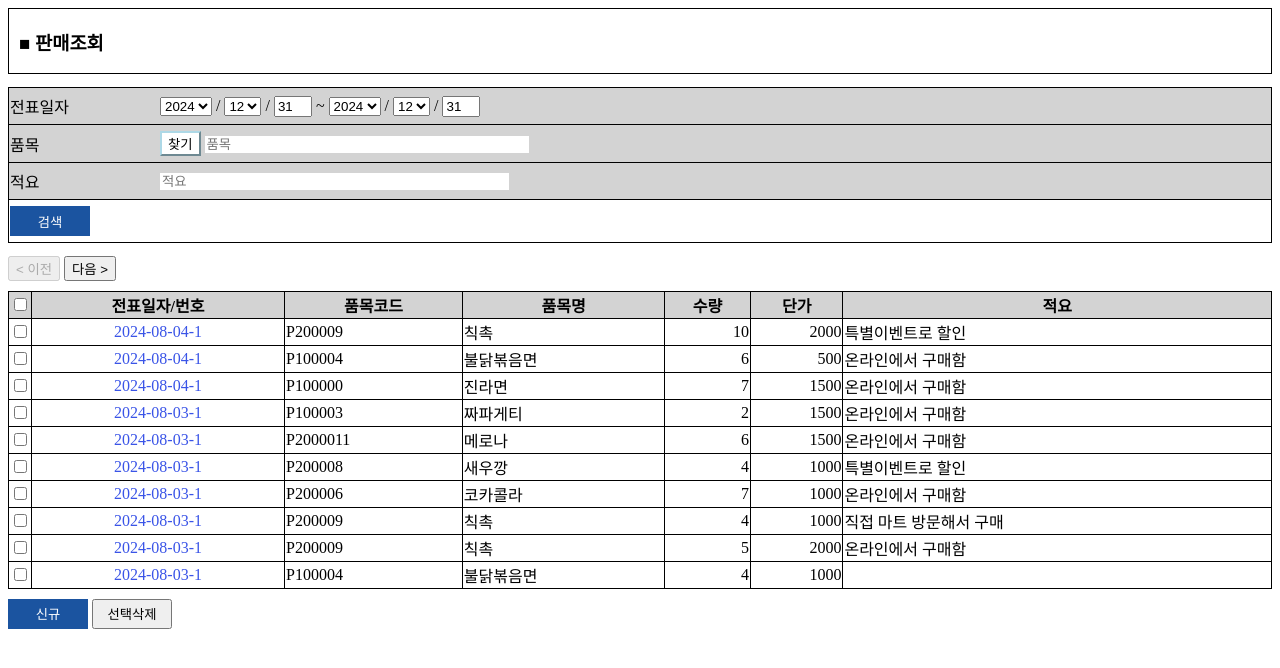
Repository: yoosb0328/js-project
Page: search.html
These files come from the project's save history. The page is drawn as it stood at one moment and after the next save; the edit follows.
The browser window is 1280 px wide. The pictures show the whole page.

Above is the page before, as saved 2024-08-05 20:48:24.

### search.html
<!DOCTYPE html>
<html lang="en">
<head>
    <meta charset="UTF-8">
    <meta name="viewport" content="width=device-width, initial-scale=1.0">
    <title>판매조회</title>
    <link rel="stylesheet" href="./css/search.css">
</head>
<body>
    <div class="title">
        <h3 style="margin-left: 10px;"> &#x25A0; 판매조회</h3>
    </div>
    <div class="content">
        <div class="search-tab">
            <table class="search-table">
                <tr>
                   <td>
                        <div class="table-div">
                            <span class="name-tag">전표일자</span>
                            <div class="search-box">
                                <select id="year-select-from">
                                    <option value="2024">2024</option>
                                    <option value="2023">2023</option>
                                    <option value="2022">2022</option>
                                    <option value="2021">2021</option>
                                </select>
                                /
                                <select id="month-select-from">
                                    <option value="12">12</option>
                                    <option value="11">11</option>
                                    <option value="10">10</option>
                                    <option value="9">9</option>
                                    <option value="8">8</option>
                                    <option value="7">7</option>
                                    <option value="6">6</option>
                                    <option value="5">5</option>
                                    <option value="4">4</option>
                                    <option value="3">3</option>
                                    <option value="2">2</option>
                                    <option value="1">1</option>
                                </select>
                                /
                                <input id="date-input-from" class="date-input" type="number" placeholder="일자" value="31" max="31">
                                ~
                                <select id="year-select-to">
                                    <option value="2024">2024</option>
                                    <option value="2023">2023</option>
                                    <option value="2022">2022</option>
                                    <option value="2021">2021</option>
                                </select>
                                /
                                <select id="month-select-to">
                                    <option value="12">12</option>
                                    <option value="11">11</option>
                                    <option value="10">10</option>
                                    <option value="9">9</option>
                                    <option value="8">8</option>
                                    <option value="7">7</option>
                                    <option value="6">6</option>
                                    <option value="5">5</option>
                                    <option value="4">4</option>
                                    <option value="3">3</option>
                                    <option value="2">2</option>
                                    <option value="1">1</option>
                                </select>
                                /
                                <input id="date-input-to" class="date-input" type="number" placeholder="일자" value="31" max="31">
                            </div>
                        </div>
                   </td>
                </tr>
                <tr>
                    <td>
                        <div class="table-div">
                            <span class="name-tag">품목</span>
                            <form class="search-box">
                                <button id="open-popup-btn" class="category-btn" type="submit">찾기</button>
                                <input id="category-search-input" class="category-txt" type="text" readonly placeholder="품목">
                            </form>
                        </div>
                    </td>
                </tr>
                <tr>
                    <td>
                        <div class="table-div">
                            <span class="name-tag">적요</span>
                            <div class="search-box">
                                <input class="memo-txt" type="text" placeholder="적요">
                            </div>
                        </div>
                    </td>
                </tr>
                <tr style="background-color: white;">
                    <td>
                        <div class="button-tab search-content" style="margin-top: 5px; margin-bottom: 5px;">
                            <button id="search-btn"
                                    data-type="sale"
                                    class="color-button">검색</button></div>
                    </td>
                </tr>
            </table>
        </div>
        <div class="center-buttons" style="margin-top: 10px; margin-bottom: 10px;">
            <button id="sales-prev-button">< 이전 </button> <button id="sales-next-button"> 다음 >  </button>
        </div>
        <div class="main" style="margin-bottom: 10px;">
            <table id="sales-table" class="main-table">
                <colgroup id="sales-colgroup">
                    <col style="width: 5px;">
                    <col style="width: auto;">
                    <col>
                    <col>
                    <col>
                    <col>
                    <col>
                </colgroup>
                <thead id="sales-thead">
                    <tr>
                        <th>
                            <input type="checkbox" id="check-all">
                        </th>
                        <th>
                            전표일자/번호
                        </th>
                        <th>
                            품목코드
                        </th>
                        <th>
                            품목명
                        </th>
                        <th>
                            수량
                        </th>
                        <th>
                            단가
                        </th>
                        <th>
                            적요
                        </th>
                    </tr>
                </thead>
                <tbody id="common-tbody" class="table-body">
                </tbody>
            </table>
        </div>
        <div class="bottom-buttons">
            <button id="open-popup-btn" class="new-sale-btn color-button"> 신규 </button> <button class="non-color-button"> 선택삭제 </button>
        </div>
    </div>
    <script type="module" src="./js/script/initData.js"></script>
    <script type="module" src="./js/component/checkBox.js"></script>
    <script type="module" src="./js/component/popup.js"></script>
    <script type="module" src="./js/component/button.js"></script>
</body>
</html>

### css/search.css
.title {
    border: 1px solid black;
}
.search-tab {
    margin-top: 1%;
    margin-bottom: 1%;
    border-collapse: collapse;

}
.search-table {
    width: 100%;
    background-color: lightgray;
    border-collapse: collapse;
}
.search-table tr {
    background-color: lightgray;
    width: auto;
    border: 1px solid black;
}
.search-table .table-div {
    display: flex;
    align-items: center;
    margin-top: 5px;
    margin-bottom: 5px;
}
.table-div span {
    width: 120px;
}
.table-div .search-box {
    margin-left: 30px;
}
.date-input {
    width: 30px;
}
.button-tab {
    background-color: white;
}
.color-button {
    background-color: rgb(27, 84, 160);
    border: 0px;
    color: white;
    width: 80px;
    height: 30px;

}
.non-color-button {
    width: 80px;
    height: 30px;
}
.category-btn {
    background-color: white;
    border-color: lightblue;
}
.category-txt {
    border: none;
    width: 320px;
}
.memo-txt {
    border: none;
    width: 345px;
}
.main-table {
    width: 100%;
    border-collapse: collapse;
}
.main-table th {
    background-color: lightgray;
    text-align: center;
    width: auto;
    border: 1px solid black;
}
.main-table td {
    border: 1px solid black;
    text-align: right;
}
.main-table .center-align-cell {
    text-align: center;
}
.main-table .left-align-cell {
    text-align: left;
}
.main-table .right-align-cell {
    text-align: right;
}
.main-table .date-num {
    color: rgb(58, 84, 231);
}

### js/script/initData.js
import { DataStore } from "../data/DataStore.js";
import { Category } from "../data/Category.js";
import { Sale, SaleRender } from "../data/Sale.js";

const dates = ["2024-08-04", "2024-08-03", "2024-08-03", "2024-08-02", "2024-08-01", "2024-07-31"];
const names = [
    "진라면",
    "신라면",
    "안성탕면",
    "짜파게티",
    "불닭볶음면",
    "팔도비빔면",
    "코카콜라",
    "스프라이트",
    "새우깡",
    "칙촉",
    "수박바",
    "메로나",
    "바밤바",
];
const descriptions = ["온라인에서 구매함", "직접 마트 방문해서 구매", "특별이벤트로 할인", ""];
const dataStore = DataStore.getInstance();
const localStorageData = localStorage.getItem("appData");
if (localStorageData === "" || null) {
    console.log("asd");
    //로컬 스토리지가 비어있는 경우
    //메모리에 초기 데이터를 생성하고
    initCategory();
    initSales();
    dataStore.saveToLocalStorage(); //로컬스토리지에 저장
} else {
    //로컬 스토리지에 데이터가 있는데
    if (dataStore.categories.length === 0 && dataStore.sales.length === 0) {
        //메모리가 빈 경우.
        dataStore.loadFromLocalStorage();
        initCategory();
        initSales();
        dataStore.saveToLocalStorage();
    }
}

// if (dataStore.categories.length === 0 && dataStore.sales.length === 0) {
//     console.log("initData : 데이터 초기화");
//     dataStore.loadFromLocalStorage();
//     initCategory();
//     initSales();
//     dataStore.saveToLocalStorage();
// }

const saleRender = new SaleRender(dataStore.sales);
saleRender.render();

//Category부터 저장.
function initCategory() {
    const categories = [];
    names.forEach(function (name, index) {
        const code = index <= 5 ? "P10000" + index : "P20000" + index;
        categories.push(new Category(code, name));
    });
    categories.sort((a, b) => a.code - b.code);
    dataStore.categories = categories;
    return categories;
}

function initSales() {
    const sales = [];
    const totalSalescount = 30; //시작 데이터 30개 임의 생성.

    for (let i = 0; i < totalSalescount; i++) {
        //임의의 날짜
        const randomDate = dates[Math.floor(Math.random() * dates.length)];
        //임의의 카테고리
        const randomCategory =
            dataStore.categories[Math.floor(Math.random() * dataStore.categories.length)];
        //임의의 적요
        const randomDescription = descriptions[Math.floor(Math.random() * descriptions.length)];
        //임의의 수량
        const quantity = Math.floor(Math.random() * 10) + 1;
        //임의의 가격
        const price = (Math.floor(Math.random() * 5) + 1) * 500;
        //객체 생성
        const sale = new Sale(randomDate, randomCategory, quantity, price, randomDescription);

        sales.push(sale);
    }
    //날짜 순 내림차순 정렬(최근 날짜 먼저)
    sales.sort((a, b) => new Date(b.date) - new Date(a.date));

    // 생성된 Sales 객체들을 dataStore.sales에 저장
    dataStore.sales = sales;
    return sales;
}

### js/component/checkBox.js
const checkAll = document.getElementById("check-all");

checkAll.addEventListener("change", (event) => {
    const isChecked = event.target.checked;
    const rowCheckboxes = document.querySelectorAll("#common-tbody .row-checkbox");
    // const rowCheckboxes = document.querySelectorAll(".table-tbody .row-checkbox");
    rowCheckboxes.forEach((checkbox) => {
        checkbox.checked = isChecked;
    });
});

### js/component/popup.js
import { DataStore } from "../data/DataStore.js";
import { renderAppliedCategory } from "../data/Category.js";
/*팝업 오픈 시 데이터 전송*/

// 부모 창에서 메시지를 수신하고, 팝업으로 데이터를 전송
window.addEventListener("message", (event) => {
    // 보안 검증
    if (event.origin !== "http://127.0.0.1:5500") {
        console.error("허용되지 않은 출처", event.origin);
        return;
    }
    // if (event.data === "requestCategories") {
    //     const data = DataStore.getInstance().categories;
    //     event.source.postMessage({ type: "categories", data: data }, event.origin);
    // }
    console.log(event);
    switch (event.data.type) {
        case "requestCategories": //카테고리 정보를 부모창에서 자식 팝업으로 전송.
            const data = DataStore.getInstance().categories;
            event.source.postMessage({ type: "categories", data: data }, event.origin);
            break;
        case "checkBoxApplyItems":
            renderAppliedCategory(event.data.data);
            break;
        default:
            console.log("no case for popup action");
    }
});

### js/data/DataStore.js
import { Category } from "./Category.js";
import { Sale } from "./Sale.js";

export class DataStore {
    constructor() {
        //DataStore 인스턴스가 있는 경우 그대로 반환 (싱글톤 목적)
        if (DataStore.instance) {
            return DataStore.instance;
        }
        /*
        sales : 날짜순으로 내림차순 정렬이 매번 필요하기 때문에 array 선택
                + sales 배열에 삽입 시, 중간이 아닌 맨 끝에 삽입하면 시간복잡도 단축.
        categories : Map에 key(code) , value(name) 으로 저장할 경우 품목명 검색이 어려우므로 배열 선택.
        */
        this.categories = [];
        this.sales = [];

        // 메모리 관리를 위해 인스턴스를 싱글톤으로 설정
        DataStore.instance = this;
    }

    //인스턴스 호출
    static getInstance() {
        if (!DataStore.instance) {
            DataStore.instance = new DataStore();
        }
        return DataStore.instance;
    }

    /*
    메모리 데이터 조작.
    */
    addItem(category) {
        //코드가 같은 카테고리가 있는 지 중복 체크
        const exist = this.categories.findIndex((c) => c.code === category.code);
        if (exist === -1) this.categories.push(category);
    }

    addSale(sale) {
        //일자+번호가 같은 카테고리가 있는 지 중복 체크
        const exist = this.sales.findIndex((s) => s.dateNumber === sale.dateNumber);
        if (exist === -1) this.sales.push(sale);
    }
    //카테고리 명 수정.
    updateCategoryName(code, name) {
        this.categories.forEach((cat) => {
            if (cat.code === code) {
                cat.name = name;
            }
        });
        console.log(this.categories);
        console.log(this.sales);
        //로컬 스토리지에 변경 사항 반영.
        this.saveToLocalStorage();
    }
    //카테고리명이 바뀌면 판매 정보 데이터도 수정.
    updateSalesByName(code, name) {
        this.sales.forEach((sale) => {
            if (sale.category.code === code) {
                sale.category.name = name;
            }
        });
    }

    //품목 검색
    searchCategories(code, name) {
        return this.categories.filter((category) => {
            // 모든 조건이 주어졌을 때
            if (code && name) {
                return category.code === code && category.name === name;
            }
            // code만 주어졌을 때
            if (code && !name) {
                return category.code === code;
            }
            // name만 주어졌을 때
            if (!code && name) {
                return category.name === name;
            }
            // 둘 다 주어지지 않은 경우 빈 배열 반환
            return false;
        });
    }

    //판매 검색
    searchSales(from, to, codes, description) {
        const startDate = new Date(from);
        const endDate = new Date(to);

        const result = this.sales.filter((sale) => {
            const saleDate = new Date(sale.date);
            const isWithinDateRange = saleDate >= startDate && saleDate <= endDate;
            //!description : codes.length가 0 인 경우 true
            const matchesCode = codes.length === 0 || codes.includes(sale.category.code);
            //!description : description이 null, undefined, "" 인 경우 true.
            const matchesDescription = !description || sale.description.includes(description);

            return isWithinDateRange && matchesCode && matchesDescription;
        });
        return result;
    } //searchSales()

    /*
    로컬 스토리지 데이터 조작
    */

    // JSON.stringify로 변환하여 로컬 스토리지에 저장
    saveToLocalStorage() {
        console.log("saveToLocal");
        const data = {
            categories: this.categories.map((category) => ({
                code: category.code,
                name: category.name,
            })),
            sales: this.sales.map((sale) => ({
                dateNumber: sale.dateNumber,
                date: sale.date,
                category: sale.category,
                quantity: sale.quantity,
                price: sale.price,
                description: sale.description,
            })),
        };
        localStorage.setItem("appData", JSON.stringify(data));
    }

    // 로컬 스토리지에서 데이터를 불러와 메모리에 할당
    loadFromLocalStorage() {
        console.log("loadFromLocal");
        const data = localStorage.getItem("appData");

        if (data) {
            const parsedData = JSON.parse(data);
            // 로컬 스토리지에서 가져온 데이터를 categories와 sales로 분리합니다.
            if (parsedData.categories) {
                this.categories = parsedData.categories.map(
                    (cat) => new Category(cat.code, cat.name)
                );
            }
            //sales에 저장해야 함.
            if (parsedData.sales) {
                console.log(parsedData.sales);
                this.sales = parsedData.sales.map((sale) => {
                    // 저장된 category 데이터에서 Category 객체를 찾아 복원
                    const category = this.categories.find((cat) => cat.code === sale.category.code);

                    // Sale 객체 생성
                    return new Sale(
                        sale.date,
                        category,
                        sale.quantity,
                        sale.price,
                        sale.description,
                        this
                    );
                });
            }
            this.sales.sort((a, b) => new Date(b.date) - new Date(a.date));
        }
    } //loadFromLocalStorage()
}

### js/data/Category.js
export class Category {
    constructor(code, name) {
        this.code = code;
        this.name = name;
    }

    //Getter
    getCode() {
        return this.code;
    }
    getName() {
        return this.name;
    }
}

export class CategoryRender {
    constructor(categories) {
        this.categories = categories;
        this.currentPage = 1;
        this.itemsPerPage = 10;

        this.initEventListeners();
    }

    initEventListeners() {
        const prevButton = document.querySelector("#category-prev-button");
        const nextButton = document.querySelector("#category-next-button");

        if (prevButton) prevButton.addEventListener("click", this.goToPrevPage.bind(this));
        if (nextButton) nextButton.addEventListener("click", this.goToNextPage.bind(this));
    }

    render() {
        const startIndex = (this.currentPage - 1) * this.itemsPerPage; //처음에는 0에서 시작.
        const endIndex = startIndex + this.itemsPerPage; //처음에는 10
        const currentCategories = this.categories.slice(startIndex, endIndex); //0~9까지 slice하게 됨.
        const tbody = document.getElementById("common-tbody");

        if (tbody) tbody.innerHTML = "";

        currentCategories.forEach((category) => {
            const row = document.createElement("tr");
            row.innerHTML = `
                <td class="center-align-cell"><input class="row-checkbox" type="checkbox"></td>
                <td class="center-align-cell category-code">${category.code}</td>
                <td class="left-align-cell category-name">${category.name}</td>
                <td class="left-align-cell"><a href="category-input-popup.html?code=${encodeURIComponent(
                    category.code
                )}&name=${encodeURIComponent(category.name)}&type=categoryModify">수정</a></td>
            `;
            if (tbody) tbody.appendChild(row);
        });

        // 버튼 활성화 상태 업데이트
        this.updateButtons();
    } //render()

    updateButtons() {
        const prevButton = document.querySelector("#category-prev-button");
        const nextButton = document.querySelector("#category-next-button");

        if (prevButton) prevButton.disabled = this.currentPage === 1;
        if (nextButton)
            nextButton.disabled =
                this.currentPage === Math.ceil(this.categories.length / this.itemsPerPage);
    } //updateButtons()

    setPage(page) {
        this.currentPage = page;
        this.render();
    } //setPage()

    goToPrevPage() {
        if (this.currentPage > 1) {
            this.setPage(this.currentPage - 1);
        }
    }

    goToNextPage() {
        if (this.currentPage < Math.ceil(this.categories.length / this.itemsPerPage)) {
            this.setPage(this.currentPage + 1);
        }
    }
} //CategoryRender()

export function renderAppliedCategory(categories) {
    // 렌더링할 input 태그 선택
    const categoryInput = document.getElementById("category-search-input");
    if (categoryInput) {
        categoryInput.value = "";
        // 배열의 요소를 문자열로 변환
        const categoryCodes = categories.map((category) => category.code).join(", ");
        categoryInput.value = categoryCodes;
    }
} // renderAppliedCategory

### js/data/Sale.js
import { Category } from "./Category.js";
import { DataStore } from "./DataStore.js";

export class Sale {
    constructor(date, category, quantity, price, description) {
        this.dataStore = DataStore.getInstance(); // 싱글톤 인스턴스를 가져옴
        this.date = date;
        this.dateNumber = date + "-" + this.getNextNumber(date);
        this.category = category; // category 객체를 참조
        this.quantity = quantity;
        this.price = price;
        this.description = description;
    }

    getNextNumber(date) {
        //같은 날짜에 등록된 전표 체크.
        const sameDateSales = this.dataStore.sales.filter((sale) => sale.date === date);
        return sameDateSales.length + 1;
    }

    //toJSON overriding
    toJSON() {
        return {
            dateNumber: this.dateNumber,
            date: this.date,
            category: {
                code: this.category.code,
                name: this.category.name,
            },
            quantity: this.quantity,
            price: this.price,
            description: this.description,
        };
    }
}

export class SaleRender {
    constructor(sales) {
        this.sales = sales;
        this.currentPage = 1;
        this.itemsPerPage = 10;

        this.initEventListeners();
    }

    initEventListeners() {
        const prevButton = document.querySelector("#sales-prev-button");
        const nextButton = document.querySelector("#sales-next-button");

        prevButton.addEventListener("click", this.goToPrevPage.bind(this));
        nextButton.addEventListener("click", this.goToNextPage.bind(this));
    }

    render() {
        console.log("render");
        const startIndex = (this.currentPage - 1) * this.itemsPerPage; //처음에는 0에서 시작.
        const endIndex = startIndex + this.itemsPerPage; //처음에는 10
        const currentSales = this.sales.slice(startIndex, endIndex); //0~9까지 slice하게 됨.

        const tbody = document.getElementById("common-tbody");

        tbody.innerHTML = "";

        currentSales.forEach((sale) => {
            const row = document.createElement("tr");
            row.innerHTML = `
                <td class="center-align-cell"><input class="row-checkbox" type="checkbox"></td>
                <td class="center-align-cell date-num">${sale.dateNumber}</td>
                <td class="left-align-cell">${sale.category.code}</td>
                <td class="left-align-cell">${sale.category.name}</td>
                <td class="right-align-cell">${sale.quantity}</td>
                <td class="right-align-cell">${sale.price}</td>
                <td class="left-align-cell">${sale.description}</td>
            `;
            tbody.appendChild(row);
        });

        // 버튼 활성화 상태 업데이트
        this.updateButtons();
    } //render();

    updateButtons() {
        const prevButton = document.querySelector("#sales-prev-button");
        const nextButton = document.querySelector("#sales-next-button");

        prevButton.disabled = this.currentPage === 1;
        nextButton.disabled = this.currentPage === Math.ceil(this.sales.length / this.itemsPerPage);
    }

    setPage(page) {
        this.currentPage = page;
        this.render();
    }

    goToPrevPage() {
        if (this.currentPage > 1) {
            this.setPage(this.currentPage - 1);
        }
    }

    goToNextPage() {
        if (this.currentPage < Math.ceil(this.sales.length / this.itemsPerPage)) {
            this.setPage(this.currentPage + 1);
        }
    }
}

Loaded but not shown: js/component/button.js (174 lines, source omitted)

After the next save:
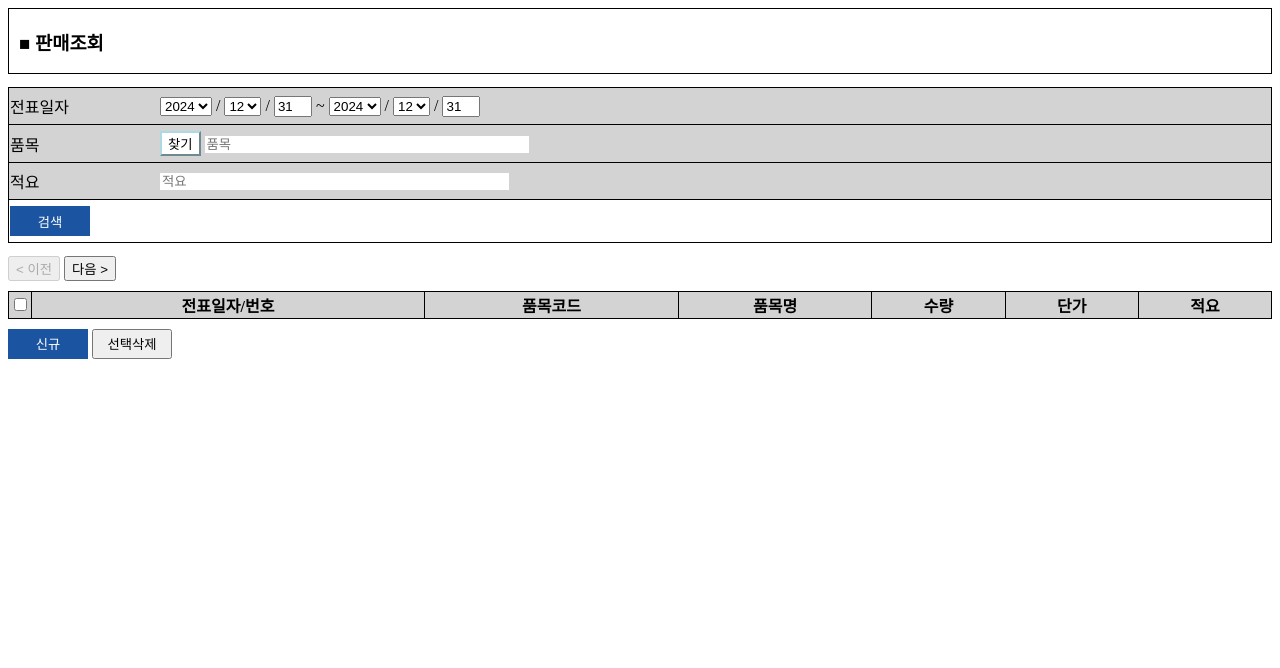
Saved 6 s later.
--- a/js/script/initData.js
+++ b/js/script/initData.js
@@ -33,8 +33,6 @@ if (localStorageData === "" || null) {
     if (dataStore.categories.length === 0 && dataStore.sales.length === 0) {
         //메모리가 빈 경우.
         dataStore.loadFromLocalStorage();
-        initCategory();
-        initSales();
         dataStore.saveToLocalStorage();
     }
 }
